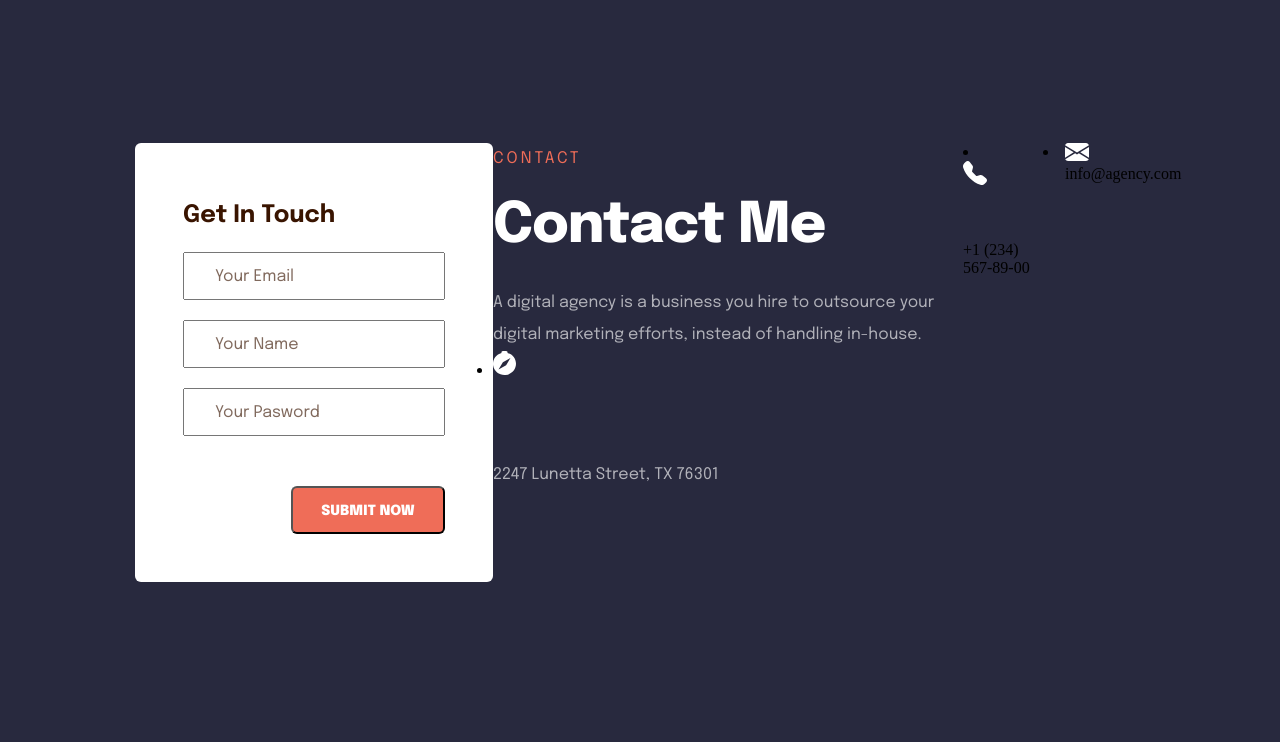
Repository: MehdiKerimov/Figma-Task-14
Page: index.html
An editor plug-in stored every save of this project. The page is shown before and after a run of saves, followed by the edit.
The browser window is 1280 px wide. The pictures show the whole page.

Above is the page before, as saved 2023-10-07 15:32:26.

After the next 3 saves:
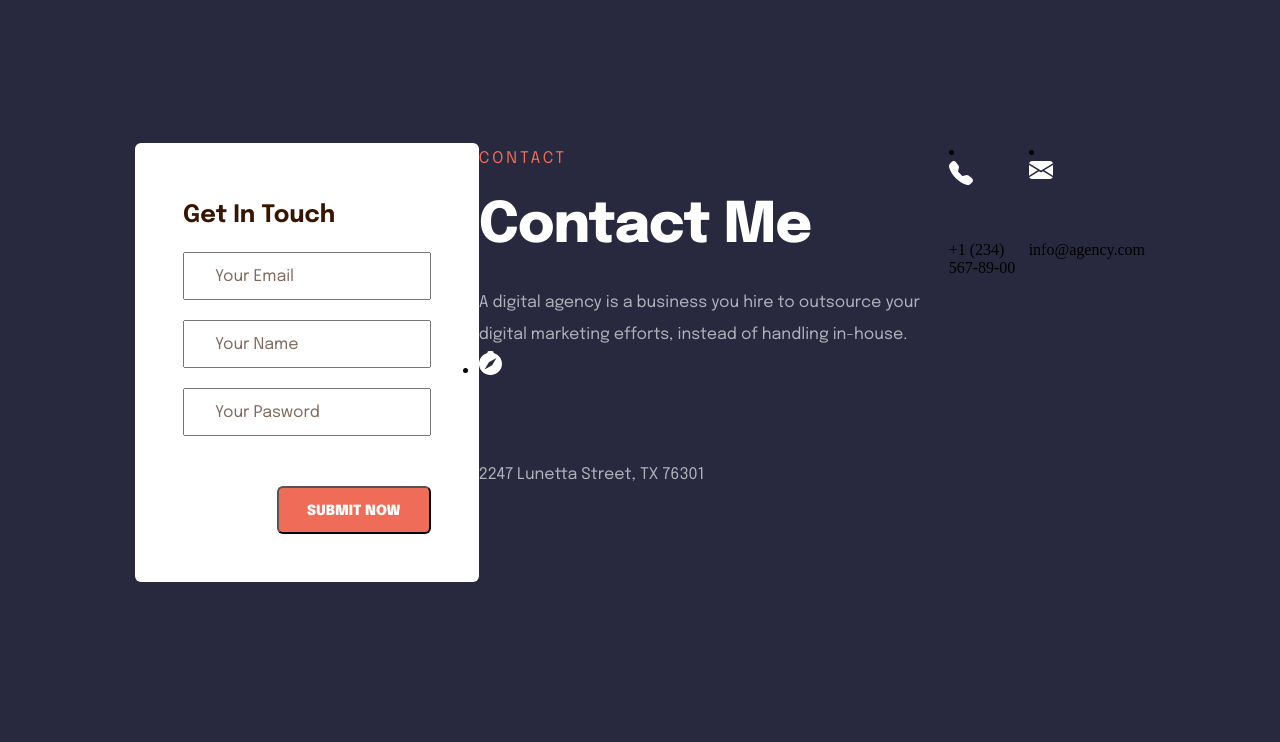
The 3 saves are shown as one change because they came seconds apart.
The last was saved 9 s later.
--- a/index.html
+++ b/index.html
@@ -75,25 +75,26 @@
 
 </li>
      <li>
+      <div class="circle">
+        <svg
+          xmlns="http://www.w3.org/2000/svg"
+          width="24"
+          height="18"
+          viewBox="0 0 24 18"
+          fill="none"
+        >
+          <path
+            fill-rule="evenodd"
+            clip-rule="evenodd"
+            d="M3 0C1.60024 -9.42171e-05 0.386447 0.967828 0.075 2.3325L12 9.621L23.925 2.3325C23.6136 0.967828 22.3998 -9.42171e-05 21 0H3ZM0 14.7015V4.0455L8.7045 9.3645L0 14.7015ZM10.1415 10.245L0.2865 16.2855C0.78351 17.3335 1.84012 18.0011 3 18H21C22.1597 18.0003 23.2157 17.3321 23.712 16.284L13.857 10.2435L12 11.379L10.1415 10.2435V10.245ZM24 14.7015L15.2955 9.366V9.3645L24 4.0455V14.7015Z"
+            fill="white"
+          />
+        </svg>
+      </div>
+      <p>info@agency.com</p>
 
      </li>
-          <div class="circle">
-            <svg
-              xmlns="http://www.w3.org/2000/svg"
-              width="24"
-              height="18"
-              viewBox="0 0 24 18"
-              fill="none"
-            >
-              <path
-                fill-rule="evenodd"
-                clip-rule="evenodd"
-                d="M3 0C1.60024 -9.42171e-05 0.386447 0.967828 0.075 2.3325L12 9.621L23.925 2.3325C23.6136 0.967828 22.3998 -9.42171e-05 21 0H3ZM0 14.7015V4.0455L8.7045 9.3645L0 14.7015ZM10.1415 10.245L0.2865 16.2855C0.78351 17.3335 1.84012 18.0011 3 18H21C22.1597 18.0003 23.2157 17.3321 23.712 16.284L13.857 10.2435L12 11.379L10.1415 10.2435V10.245ZM24 14.7015L15.2955 9.366V9.3645L24 4.0455V14.7015Z"
-                fill="white"
-              />
-            </svg>
-            <p>info@agency.com</p>
-          </div>
+
         </ul>
       </div>
     </div>
